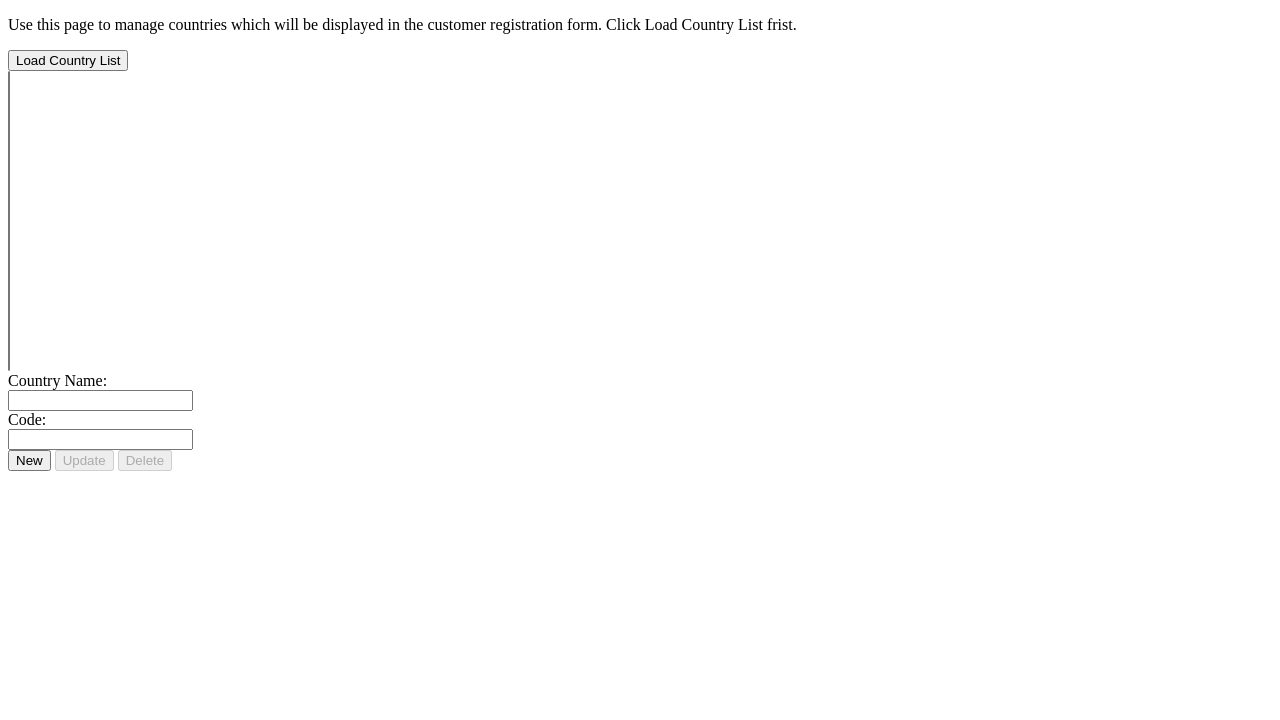
Repository: Tungk02/Shopme
Page: http://localhost/settings/states
An editor plug-in stored every save of this project. The page is shown before and after the next save, followed by the edit.
The browser window is 1280 px wide. The pictures show the whole page.
The page is this project's Thymeleaf template; nobody is signed in. The template is opened directly, without the code that normally fills it, so the values that code supplies are empty.

Above is the page before, as saved 2023-11-26 14:58:04.

### ShopmeEcommerce/ShopmeProject/ShopmeWebParent/ShopmeBackEnd/src/main/resources/templates/settings/states.html
<!DOCTYPE html>
<html xmlns:th="http://www.thymeleaf.org">

<body>
	<div th:fragment="content" th:remove="tag">
		<div>
			<p>
				Use this page to manage countries which will be displayed in the customer
				registration form. Click Load Country List frist.
			</p>
		</div>
		<div>
			<input type="button" value="Load Country List" id="buttonLoadCountries" class="btn btn-primary">
		</div>
		<div>
			<select class="form-control m-2" style="height: 300px" size= "3" id="dropDownCountries">

			</select>
		</div>
		<div class="form-group row mr-2">
			<label class="col-form-label mt-2" id="labelCountryName">Country Name:</label>
			<div class="col-md">
				<input type="text" class="form-control mt-2" id="fieldCountryName" />
			</div>
			<label class="col-form-label mt-2" id="labelCountryCode">Code:</label>
			<div class="col-md">
				<input type="text" class="form-control mt-2" id="fieldCountryCode" />
			</div>
			<div class="col-lg-4 mt-2">
				<input type="button" id="buttonAddCountry" value="New" class="btn btn-secondary mr-2" />
				<input type="button" id="buttonUpdateCountry" value="Update" class="btn btn-secondary mr-2" disabled="disabled" />
				<input type="button" id="buttonDeleteCountry" value="Delete" class="btn btn-secondary" disabled="disabled" />
			</div>
		</div>
	</div>
</body>

</html>

After the next save:
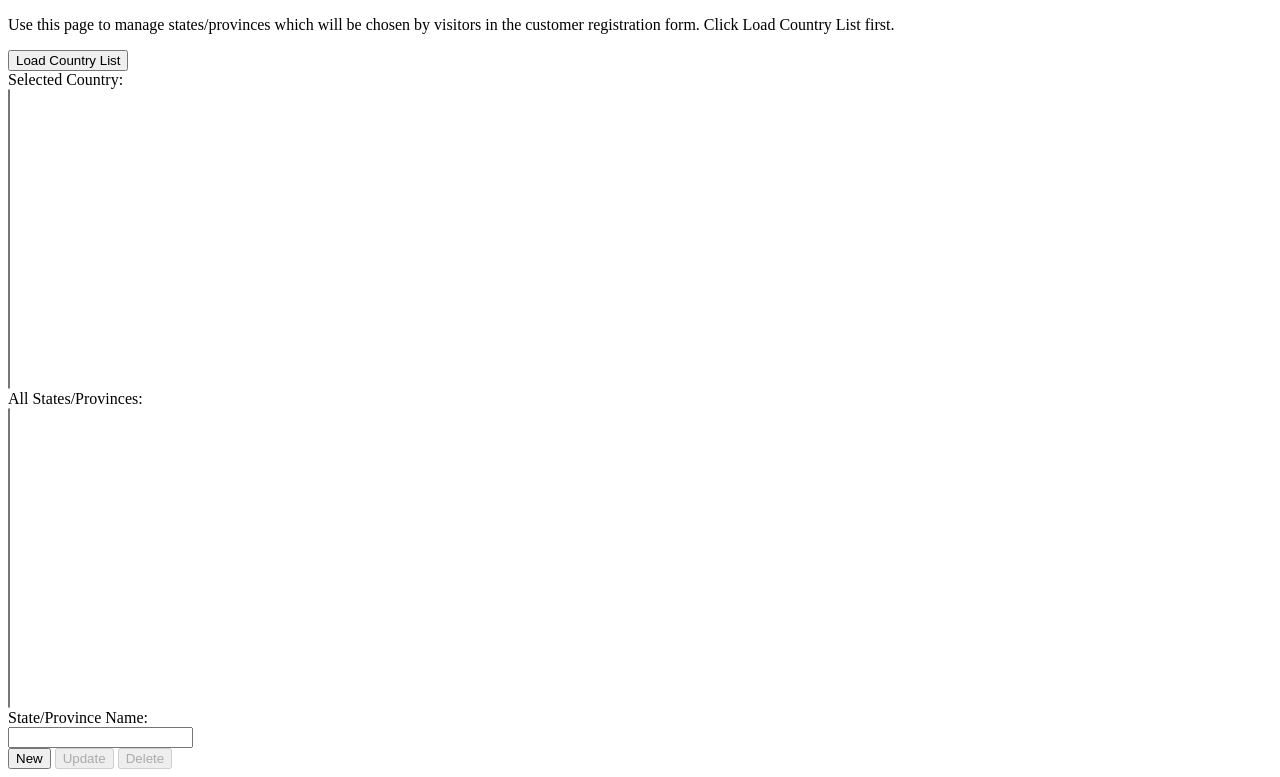
Saved 15 min 58 s later.
--- a/ShopmeEcommerce/ShopmeProject/ShopmeWebParent/ShopmeBackEnd/src/main/resources/templates/settings/states.html
+++ b/ShopmeEcommerce/ShopmeProject/ShopmeWebParent/ShopmeBackEnd/src/main/resources/templates/settings/states.html
@@ -5,33 +5,49 @@
 	<div th:fragment="content" th:remove="tag">
 		<div>
 			<p>
-				Use this page to manage countries which will be displayed in the customer
-				registration form. Click Load Country List frist.
+				Use this page to manage states/provinces which will be chosen
+				by visitors in the customer registration form. Click Load Country
+				List first.
 			</p>
 		</div>
 		<div>
-			<input type="button" value="Load Country List" id="buttonLoadCountries" class="btn btn-primary">
+			<input type="button" value="Load Country List" id="buttonLoadCountriesForStates" class="btn btn-primary">
 		</div>
-		<div>
-			<select class="form-control m-2" style="height: 300px" size= "3" id="dropDownCountries">
+		<div class="form-group row">
+			<label class="col-sm-2 col-form-label">Selected Country:</label>
+			<div class="col-sm-10">
+				<select class="form-control m-2" style="height: 300px" size="3" id="dropDownCountriesForStates">
 
-			</select>
-		</div>
-		<div class="form-group row mr-2">
-			<label class="col-form-label mt-2" id="labelCountryName">Country Name:</label>
-			<div class="col-md">
-				<input type="text" class="form-control mt-2" id="fieldCountryName" />
-			</div>
-			<label class="col-form-label mt-2" id="labelCountryCode">Code:</label>
-			<div class="col-md">
-				<input type="text" class="form-control mt-2" id="fieldCountryCode" />
-			</div>
-			<div class="col-lg-4 mt-2">
-				<input type="button" id="buttonAddCountry" value="New" class="btn btn-secondary mr-2" />
-				<input type="button" id="buttonUpdateCountry" value="Update" class="btn btn-secondary mr-2" disabled="disabled" />
-				<input type="button" id="buttonDeleteCountry" value="Delete" class="btn btn-secondary" disabled="disabled" />
+				</select>
 			</div>
 		</div>
+
+		<div class="form-group row">
+			<label class="col-sm-2 col-form-label">All States/Provinces:</label>
+			<div class="col-sm-10">
+				<select class="form-control m-2" style="height: 300px" size="3"
+					id="dropDownStates">
+				</select>
+			</div>
+		</div>
+
+		<form id="formState">
+			<div class="form-group row">
+				<label class="col-sm-2 col-form-label mt-2" id="labelStateName">State/Province Name:</label>
+				<div class="col-sm-6">
+					<input type="text" class="form-control mt-2" id="fieldStateName"
+						required minlength="3" maxlength="45" />
+				</div>
+				<div class="col-lg-4 mt-2">
+					<input type="button" id="buttonAddState" value="New"
+						class="btn btn-secondary mr-2" /> <input type="button"
+						id="buttonUpdateState" value="Update"
+						class="btn btn-secondary mr-2" disabled="disabled" /> <input
+						type="button" id="buttonDeleteState" value="Delete"
+						class="btn btn-secondary" disabled="disabled" />
+				</div>
+			</div>
+		</form>
 	</div>
 </body>
 
